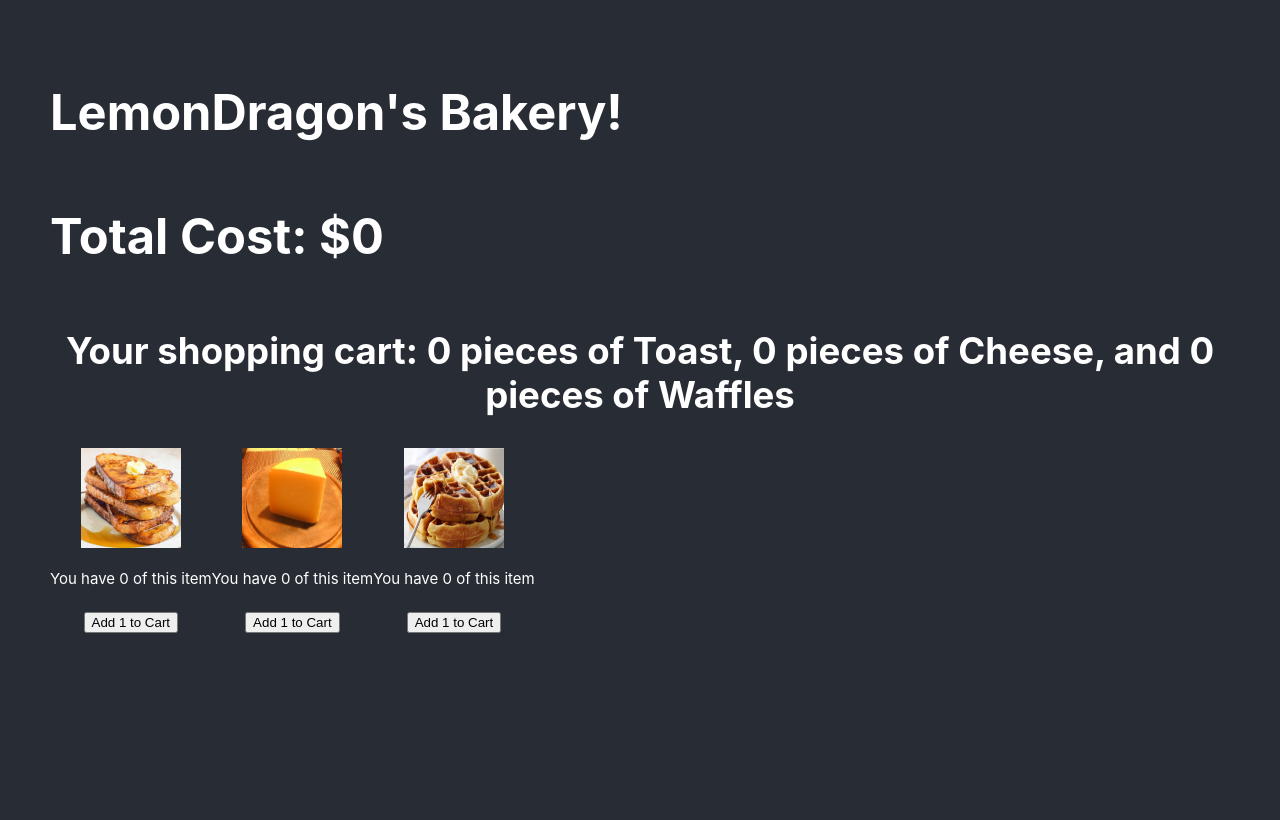
Repository: happydragon200/development
Page: /
An editor plug-in stored every save of this project. The page is shown before and after the next save, followed by the edit.
The browser window is 1280 px wide. The pictures show the whole page.
The project was rebuilt for these pictures with package versions that can differ from the ones it lists, and the page was loaded fresh each time.

Above is the page before, as saved 2022-12-01 20:49:01.

### src/App.js

import React, { useState } from 'react';
import baguette from './images/baguette.jpg'
import toast from './images/toast.png'
import cheese from './images/cheese.jpg'
import waffle from './images/waffle.jpg'
import './App.css';

function App() {

  return (
    <div className="App">
      <header className="App-header">
        <h1>LemonDragon's Bakery!</h1>
        <Menu/>
      </header>
    </div>
  );
}

function Menu() {
  const [toast_count, toast_setcount] = useState(0)
  const [cheese_count, cheese_setcount] = useState(0)
  const [waffle_count, waffle_setcount] = useState(0)

  const toast_price = 5
  const cheese_price = 10
  const waffle_price = 100

  return (
    <>
      <h1>Total Cost: ${toast_count * toast_price + cheese_count * cheese_price + waffle_count * waffle_price}</h1>
      <h2>Your shopping cart: {toast_count} pieces of Toast, {cheese_count} pieces of Cheese, and {waffle_count} pieces of Waffles</h2>




      <div className="flex-parent">
        <BakeryItem
          className="inline"
          img={toast}
          count={toast_count}
          setCount={toast_setcount}
        />
        <BakeryItem
          className="inline"
          img={cheese}
          count={cheese_count}
          setCount={cheese_setcount}
        />
        <BakeryItem
          className="inline"
          img={waffle}
          count={waffle_count}
          setCount={waffle_setcount}
        />
      </div>
    </>
  )
}

function BakeryItem(prop) {

  const { img, count, setCount } = prop

  return (
    <div>
    <img src={img} className="Item-small" />
    <p className="smull">You have {count} of this item</p>
    <button onClick={() => setCount(count + 1)}>Add 1 to Cart</button>

    {count > 0 && (
      <button onClick={() => setCount(count - 1)}>Remove 1 from Cart</button>
    )}
  </div>
  )
}

export default App;

### src/App.css
.App {
  text-align: center;
}

.App-logo {
  height: 40vmin;
  pointer-events: none;
}

@media (prefers-reduced-motion: no-preference) {
  .App-logo {
    animation: App-logo-spin infinite 20s linear;
  }
}

.App-header {
  background-color: #282c34;
  min-height: 100vh;
  display: flex;
  flex-direction: column;
  align-items: flex-start;
  justify-content: flex-start;
  font-size: calc(10px + 2vmin);
  padding: 50px 50px 50px 50px;
  color: white;
}

.App-link {
  color: #61dafb;
}

.Item-small {
  height: 100px;
  width: 100px;
}

.inline {
  justify-content: space-around;
}

.flex-parent {
  display: flex;
  justify-content: space-around;

}

.smull {
  font-size: 15px;
}

@keyframes App-logo-spin {
  from {
    transform: rotate(0deg);
  }
  to {
    transform: rotate(360deg);
  }
}

Loaded but not shown: public/index.html (common file); src/index.js (common file); src/index.css (common file)

After the next save:
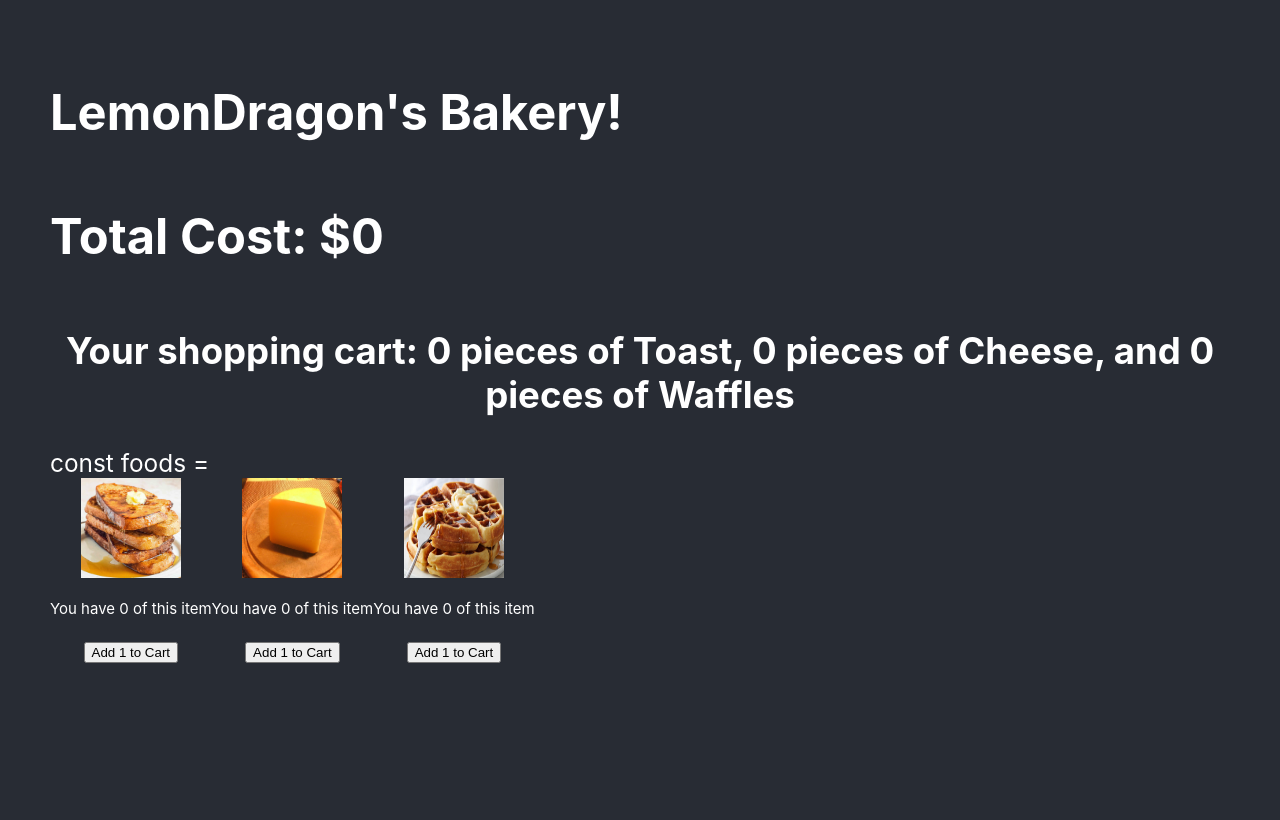
Saved 21 s later.
--- a/src/App.js
+++ b/src/App.js
@@ -32,7 +32,7 @@ function Menu() {
       <h1>Total Cost: ${toast_count * toast_price + cheese_count * cheese_price + waffle_count * waffle_price}</h1>
       <h2>Your shopping cart: {toast_count} pieces of Toast, {cheese_count} pieces of Cheese, and {waffle_count} pieces of Waffles</h2>
 
-
+      const foods =
 
 
       <div className="flex-parent">
